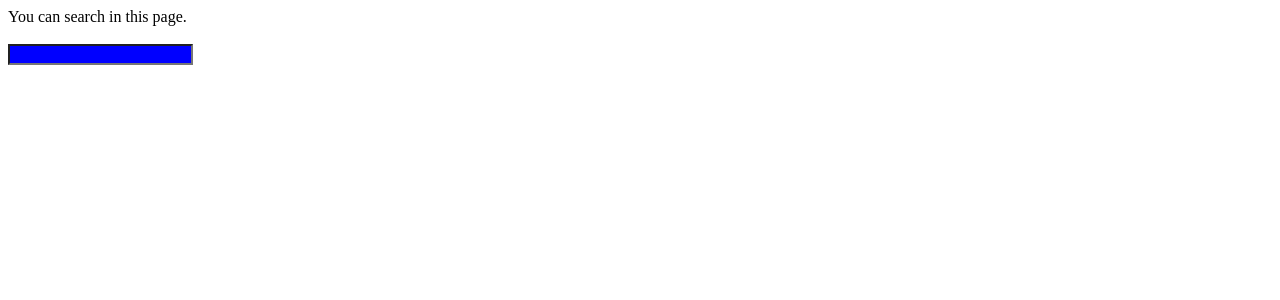
Repository: learoncero/SEProjektUebung
Page: http://localhost/HikingSoftware/search.jsp
The author's editor kept a copy of each file at every save. The page is drawn from the files as they stood at one save, then again after the next save.
The browser window is 1280 px wide. The pictures show the whole page.
The page is served by Tomcat 9.

Above is the page before, as saved 2023-10-18 07:57:16.

After the next save:
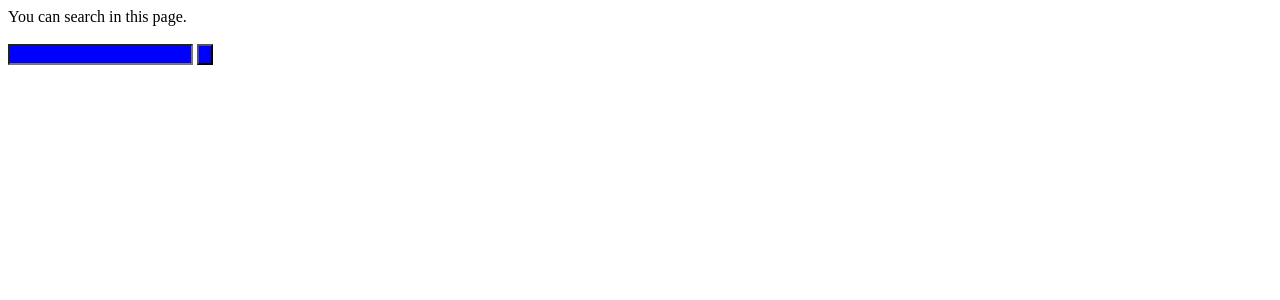
Saved 18 s later.
--- a/HikingSoftware/src/main/webapp/search.jsp
+++ b/HikingSoftware/src/main/webapp/search.jsp
@@ -10,5 +10,7 @@
 	You can search in this page.
 	<br/><br/>
 	<input type="text" style="widht:150px;background-color:blue">
+
+	<input type="button" style="widht:150px;background-color:blue">
 </body>
 </html>
